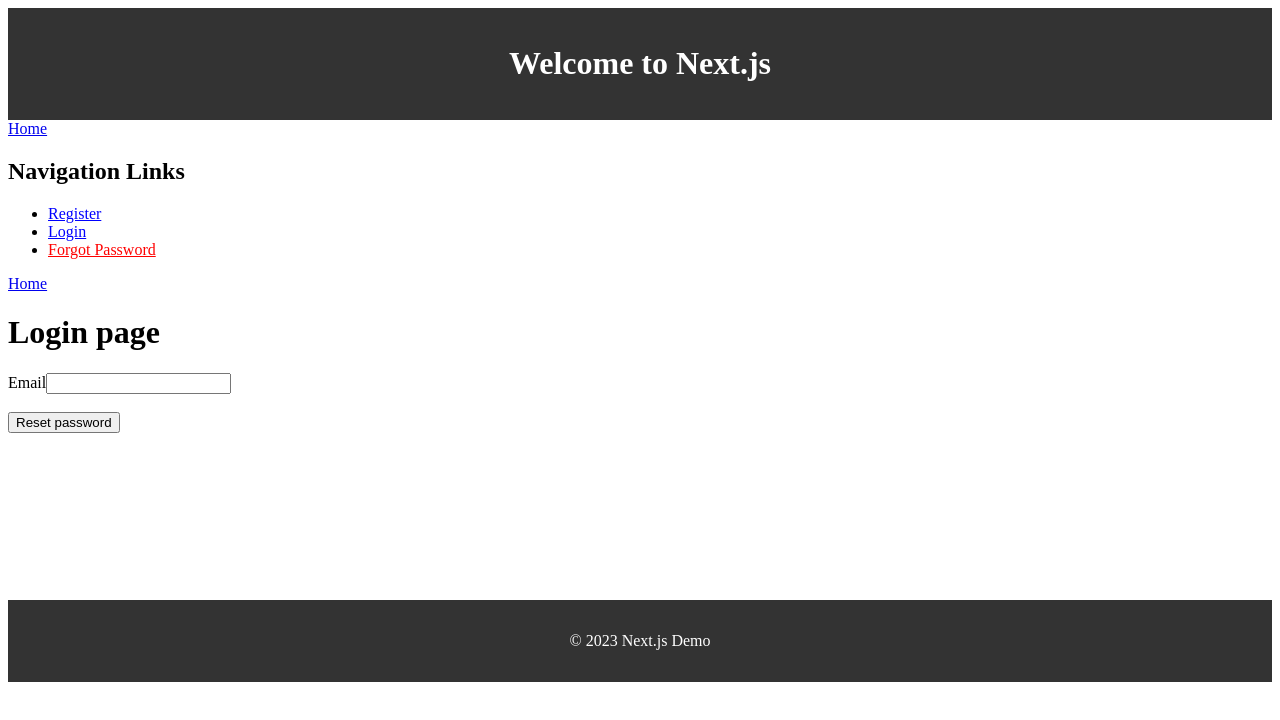
Repository: JasonMorta/NextJs-13_Basics
Page: /forgot-password (app in NEXTJS15/next13-demo/)
These files come from the project's save history. The page is drawn as it stood at one moment and after the next save; the edit follows.
The browser window is 1280 px wide. The pictures show the whole page.
The project was rebuilt for these pictures with package versions that can differ from the ones it lists, and the page was loaded fresh each time. The framework's server and built-in components were replaced by stand-ins that run in the browser. Also part of the build but not shown: NEXTJS15/next13-demo/next.config.ts.

Above is the page before, as saved 2025-02-28 14:08:48.

### NEXTJS15/next13-demo/src/app/layout.tsx
export const metadata = {
  title: "Next.js",
  description: "Generated by Next.js",
};

export default function AuthLayout({children,}: {children: React.ReactNode}) {
  return (
    <html lang="en">
      <body>
        <header style={{ backgroundColor: '#333', color: '#fff', padding: '1rem', textAlign: 'center' }}>
          <h1>Welcome to Next.js</h1>
        </header>

        <main style={{
          minHeight: 'calc(80vh - 6rem)',
        }}>{children}</main>

        <footer style={{ backgroundColor: '#333', color: '#fff', padding: '1rem', textAlign: 'center', marginTop: 'auto' }}>
          <p>&copy; 2023 Next.js Demo</p>
        </footer>
      </body>
    </html>
  );
}

### NEXTJS15/next13-demo/src/app/(auth)/layout.tsx
"use client";
import Link from "next/link"
import { usePathname } from "next/navigation";

export default function AuthLayout({ children, }: { children: React.ReactNode }) {

  const pathName = usePathname()


  const navLinks = [
    { href: `/register`, name: `Register` },
    { href: `/login`, name: `Login` },
    { href: `/forgot-password`, name: `Forgot Password` }
  ]
  return (
    <>
      <Link href="/">Home</Link><br />
      <h2>Navigation Links</h2>
      <ul>
        {navLinks.map((link, index) => {
          const isActive = pathName === link.href

          return (<li key={index}>
            <Link
              style={{
                color: isActive ? `red` : `blue`
              }}
              href={link.href}>
              {link.name}
            </Link>
          </li>)

        })}
      </ul>

      {children}
    </>
  )
}

### NEXTJS15/next13-demo/src/app/(auth)/forgot-password/page.tsx
import Link from 'next/link'
import React from 'react'

export default function forgotPassword() {
  return (
    <>
    <Link href="/">Home</Link><br />
    <h1>Login page</h1>
    <form>
      <label htmlFor="email">Email</label>
      <input type="email" id="email" name="email" />
      <br />
      <br />

      <button type="submit">Reset password</button>
    </form>
    </>
  )
}

After the next save:
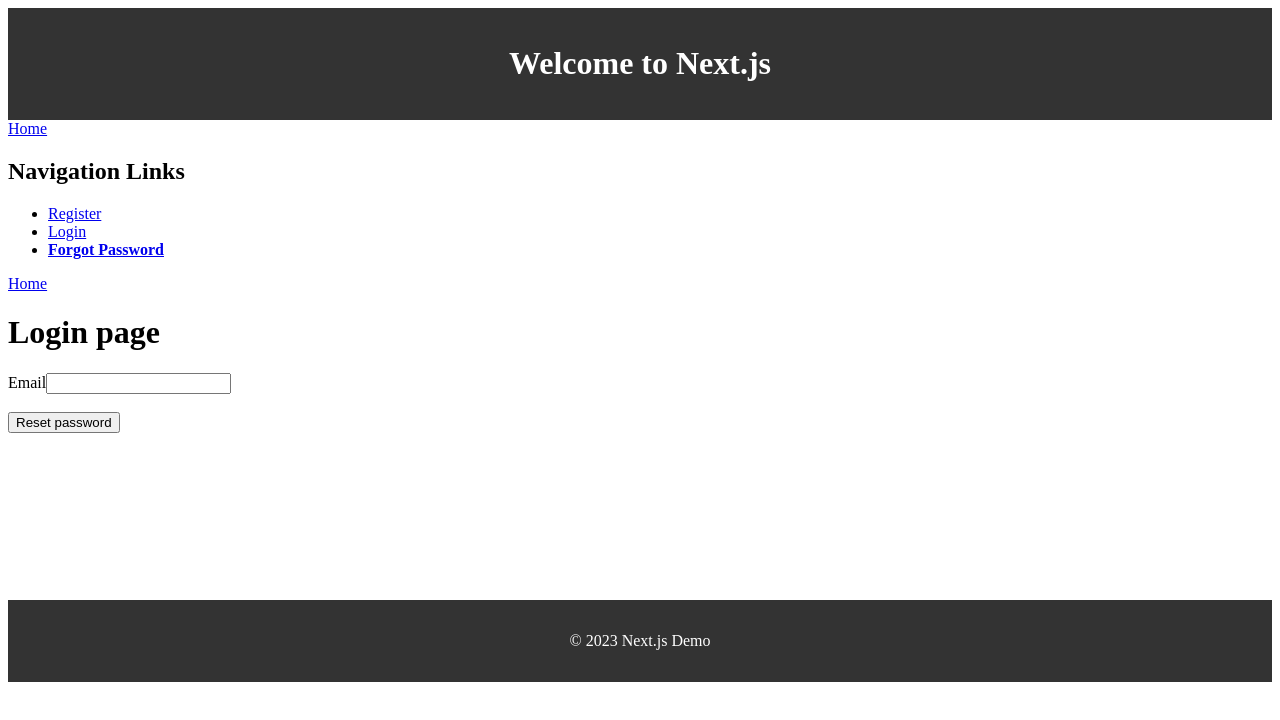
Saved 19 s later.
--- a/NEXTJS15/next13-demo/src/app/(auth)/layout.tsx
+++ b/NEXTJS15/next13-demo/src/app/(auth)/layout.tsx
@@ -23,7 +23,7 @@
           return (<li key={index}>
             <Link
               style={{
-                color: isActive ? `red` : `blue`
+                fontWeight: isActive ? `bold` : `normal`
               }}
               href={link.href}>
               {link.name}
